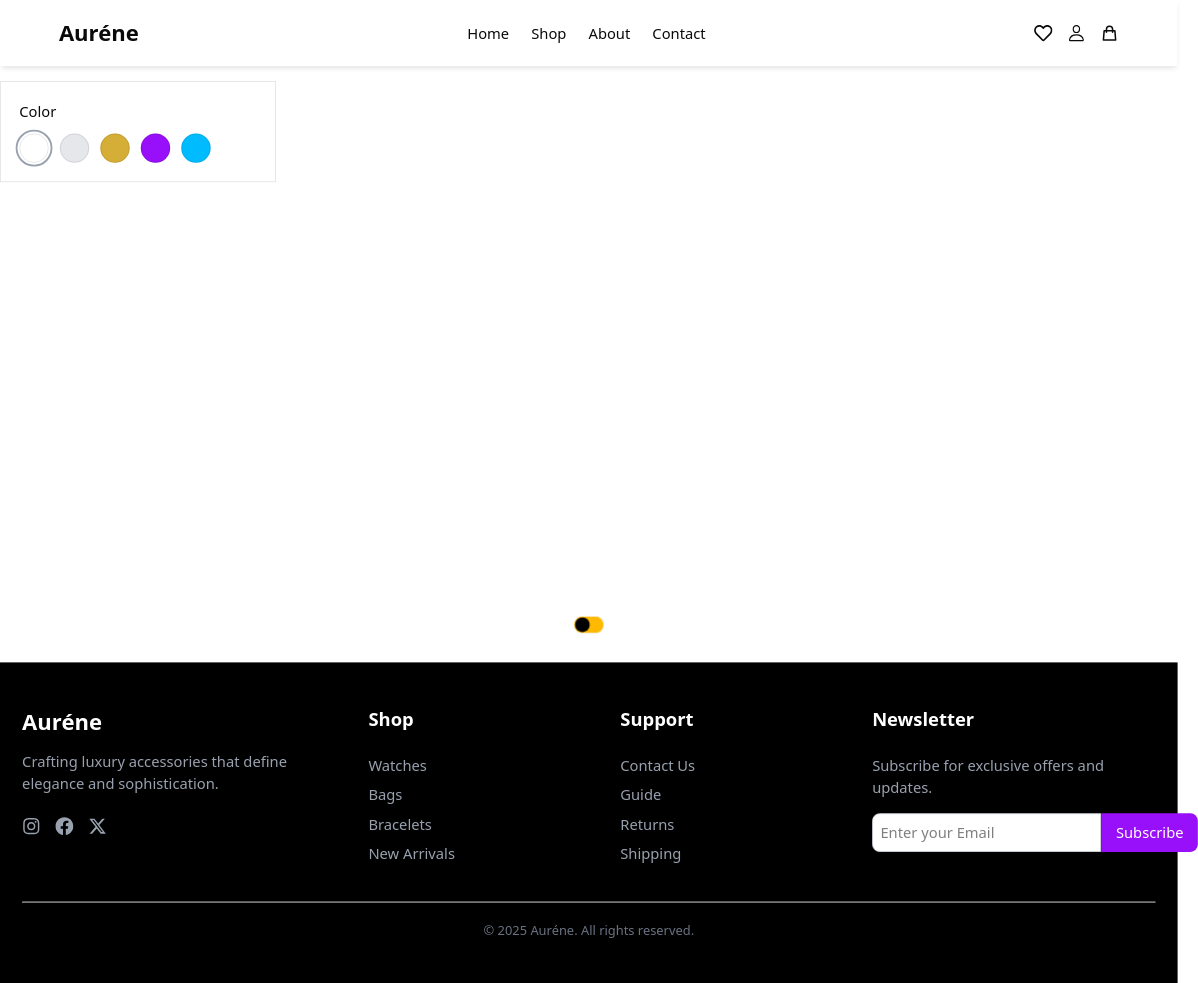
Repository: oehab30/Aur-ne-e-commerce-
Page: /Wishlist
The author's editor kept a copy of each file at every save. The page is drawn from the files as they stood at one save, then again after a run of saves.
The browser window is 1280 px wide. The page is 1302 px wide, so the pictures cover 1302 px, including what lies to the right of the window. The pictures show the whole page, at 92% of full size.
The project was rebuilt for these pictures with package versions that can differ from the ones it lists, and the page was loaded fresh each time. Also part of the build but not shown: src/components/home-page/Hero.tsx, src/components/home-page/Hotoffers.tsx, src/components/home-page/Dontmiss.tsx, src/components/home-page/Featuredcollection.tsx, src/components/home-page/BestSellers.tsx, src/components/home-page/Summercollection.tsx, src/pages/Home.tsx, src/components/common/Categories.tsx and 7 more.

Above is the page before, as saved 2025-11-26 18:59:11.

After the next 3 saves:
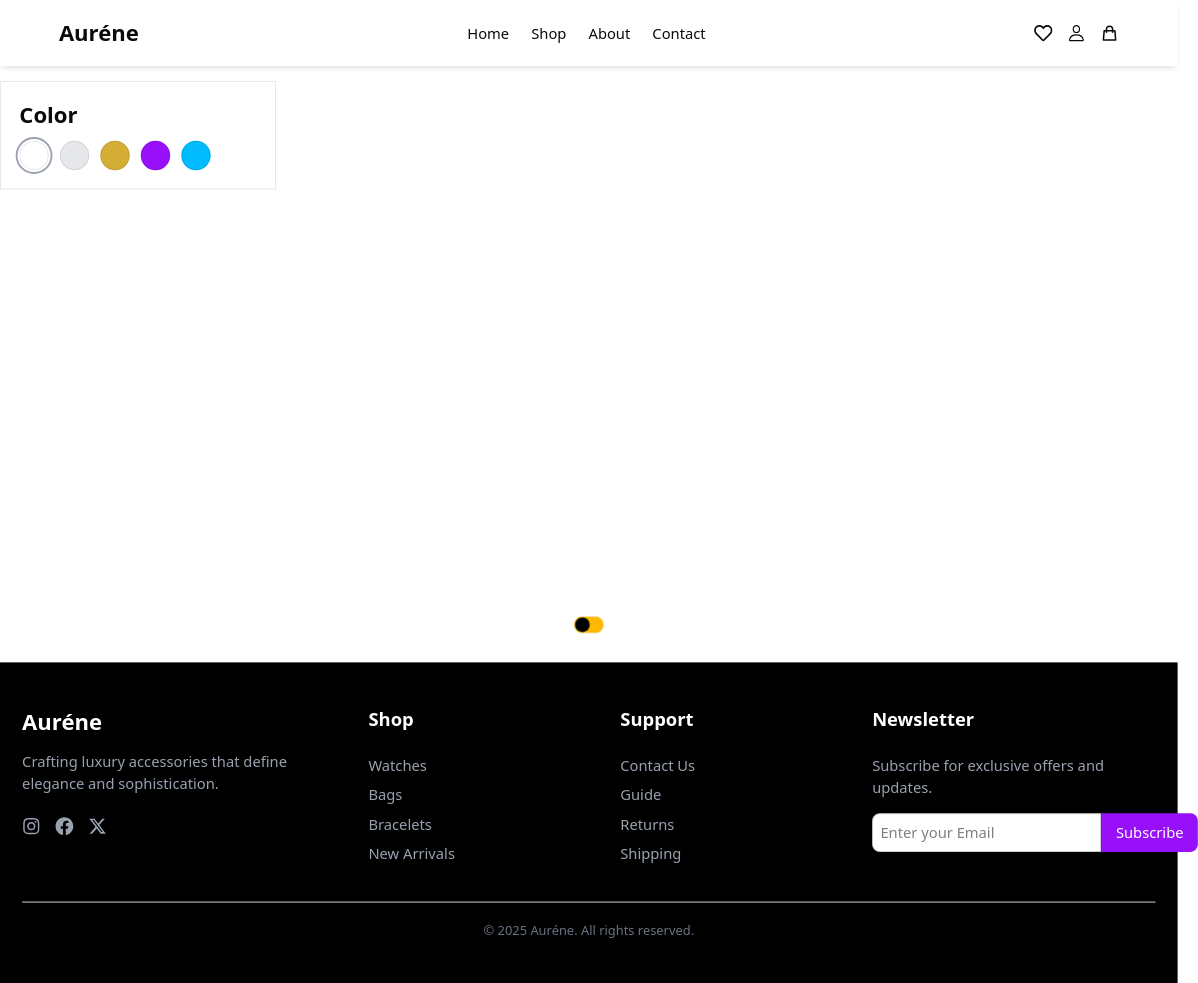
The 3 saves are shown as one change because they came seconds apart.
The last was saved 9 s later.
--- a/src/components/Shop-page/color.tsx
+++ b/src/components/Shop-page/color.tsx
@@ -14,7 +14,7 @@ function Color() {
 
   return (
     <fieldset aria-label="Choose a color" className="mt-4 border-1 p-5 w-[300px] ">
-        <h1 className='mb-3 '>Color</h1>
+        <h1 className='mb-3 text-2xl font-bold'>Color</h1>
       <div className="flex items-center gap-x-3">
         {product.colors.map((color, index) => (
           <div
